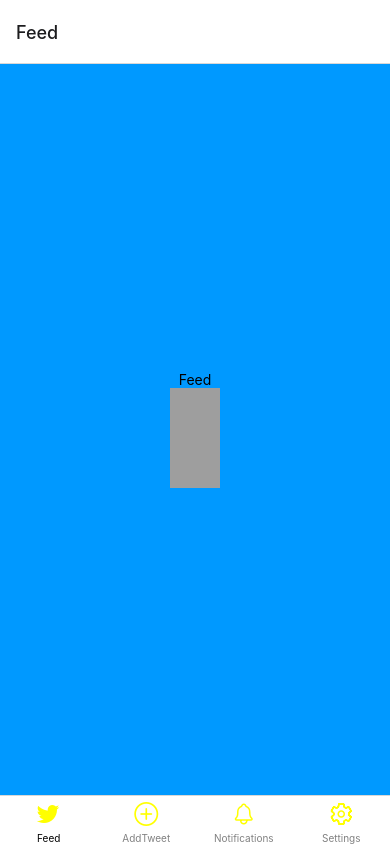
Repository: Deyvid-Kasteh/ReactNativeNavigationTraining
Screen: /
An editor plug-in stored every save of this project. The screen is shown before and after a run of saves, followed by the edit.
Pictures or frames that could not be fetched are drawn as grey boxes. The app was drawn by React Native's web renderer in a window 390 px wide. The project was rebuilt for these pictures with package versions that can differ from the ones it lists, and the page was loaded fresh each time. Also part of the build but not shown: screens/BottomTab/Notifications.js, screens/BottomTab/AddTweet.js, screens/BottomTab/Settings.js.

Above is the screen before, as saved 2023-08-03 16:55:55.

After the next 4 saves:
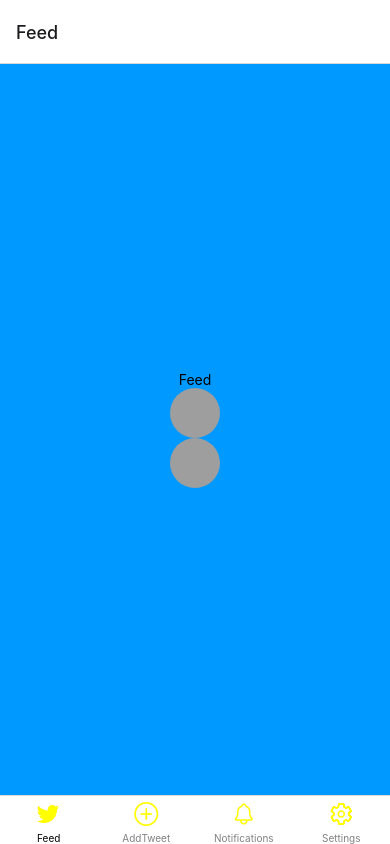
The 4 saves are shown as one change because 2 did not build or start and some came seconds apart.
The last was saved 18 s later.
--- a/screens/BottomTab/Feed.js
+++ b/screens/BottomTab/Feed.js
@@ -51,6 +51,7 @@ const styles = StyleSheet.create({
   profileImage: {
     width: 50,
     height: 50,
+    borderRadius: 100
   },
   // style={{width: '100%', height: '50%'}}
 });
